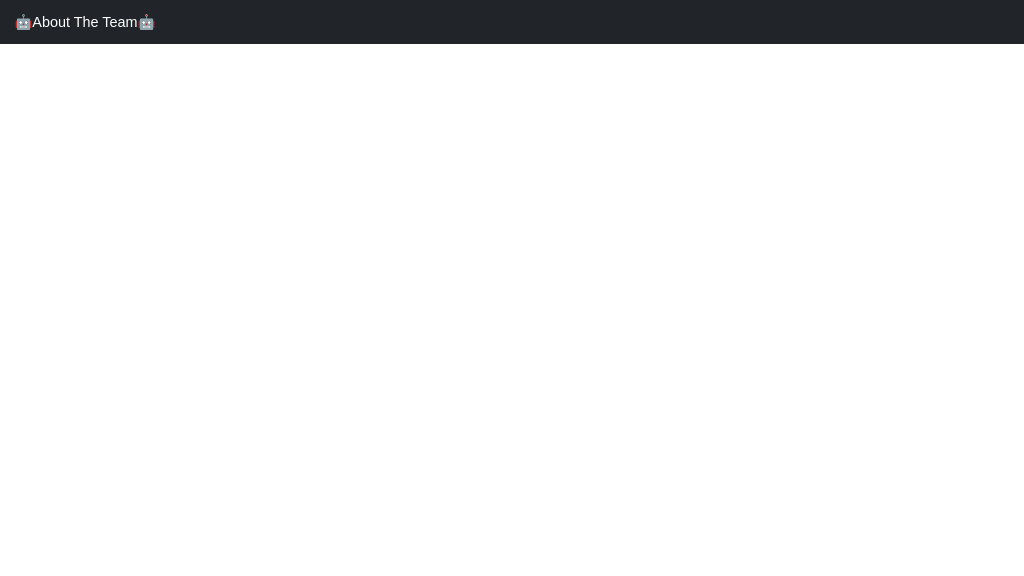
Repository: ammarsetiawan/gps-traker
Page: about.html
The author's editor kept a copy of each file at every save. The page is drawn from the files as they stood at one save, then again after a run of saves.
The browser window is 1280 px wide. The pictures show the whole page, at 80% of full size.

Above is the page before, as saved 2025-11-25 17:05:39.

After the next 12 saves:
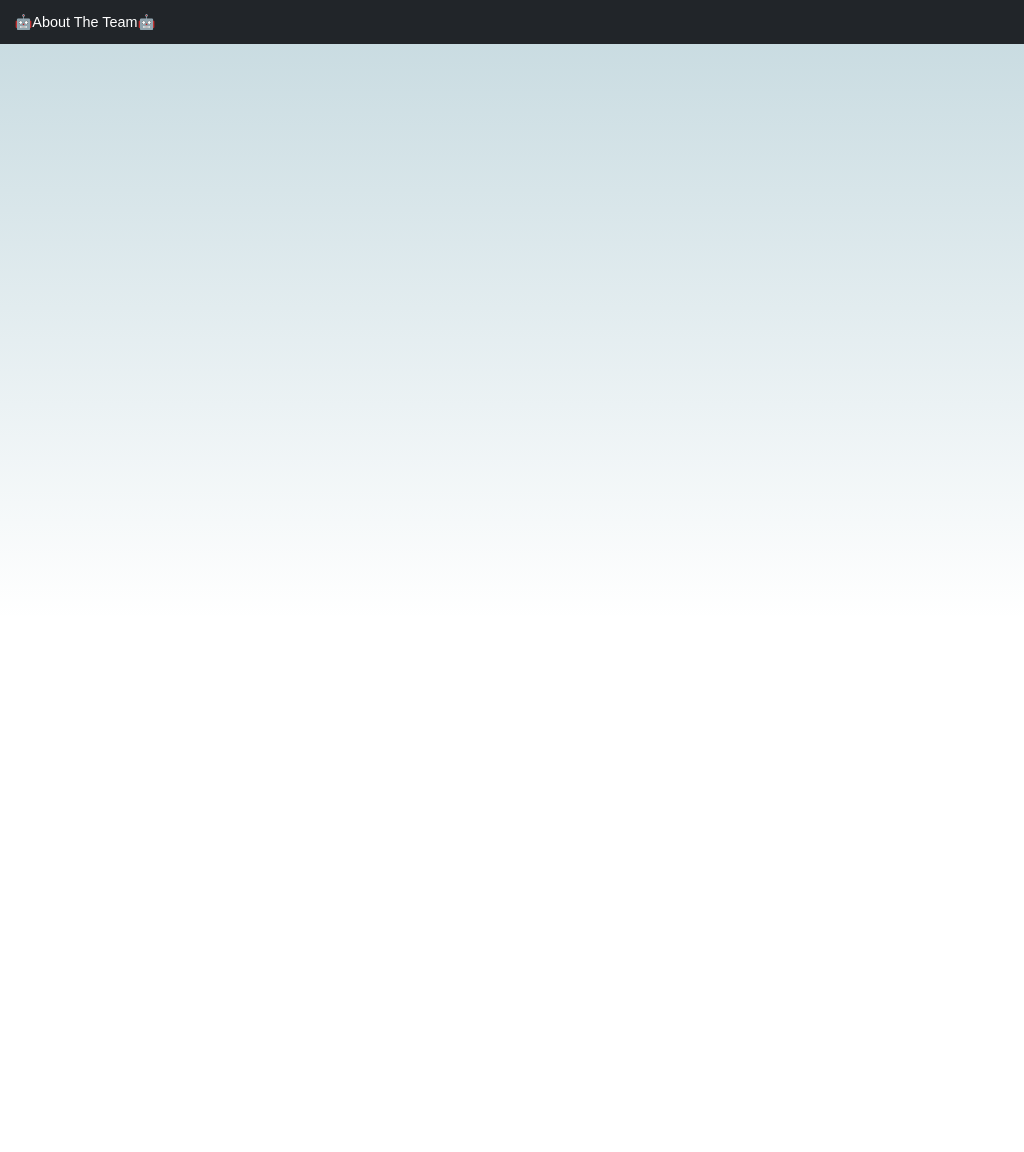
The 12 saves are shown as one change because they came seconds apart.
The last was saved 17 s later.
--- a/about.html
+++ b/about.html
@@ -57,10 +57,10 @@
         opacity: 1;
     }
 
+    /* ----- HAMBURGER BUTTON (Bootstrap style) ----- */
 
-    /* ----- style ----- */
-        {
-        -->-->background: linear-gradient(to bottom, rgba(73, 136, 155, 0.295), rgba(92, 92, 88, 0));
+    .background {
+        background: linear-gradient(to bottom, rgba(73, 136, 155, 0.295), rgba(92, 92, 88, 0));
         width: 100%;
         height: 100dvh;
     }
